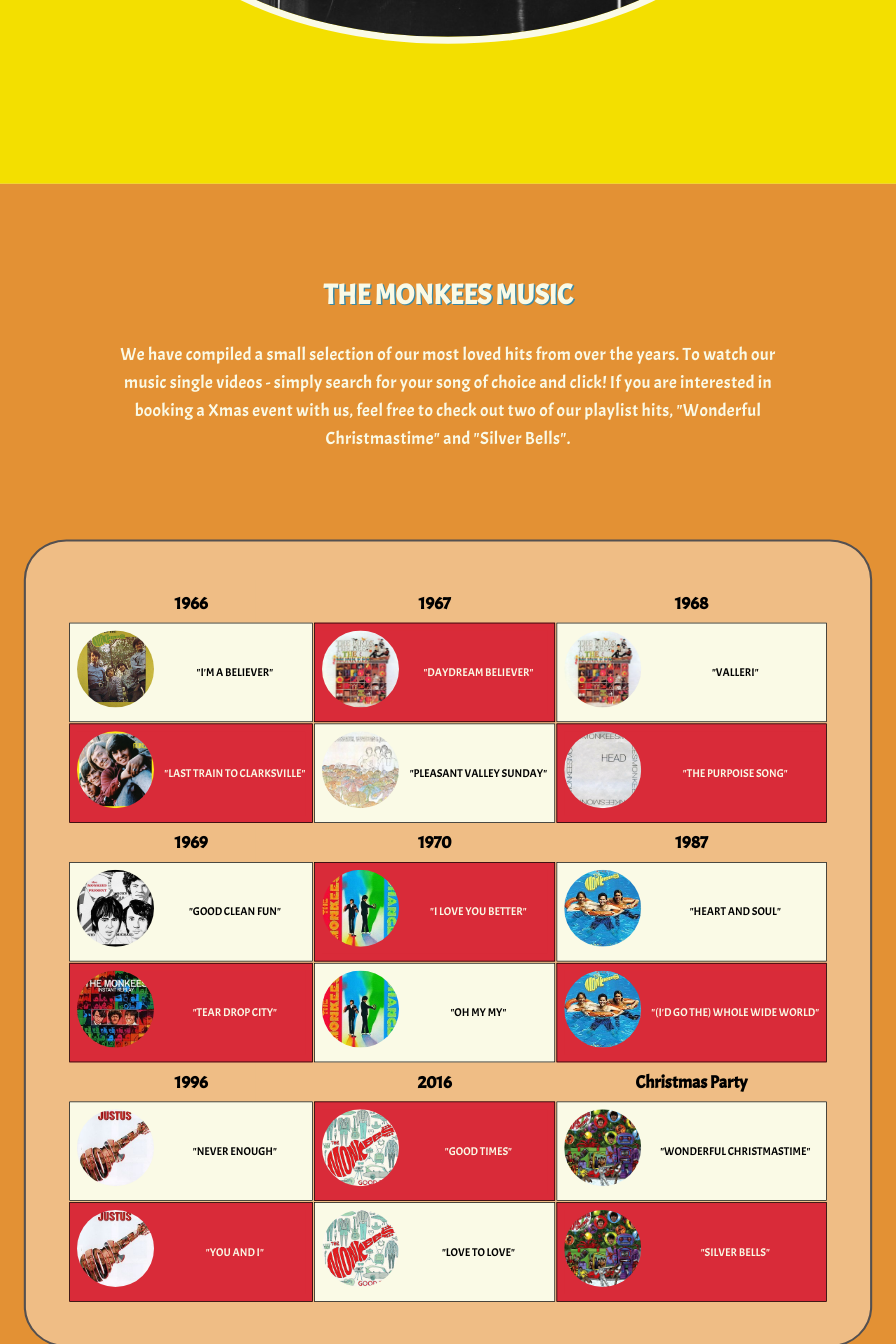
Repository: stu1612/Milestone-Project-Stu-Bolderson
Page: mock-header/mh.html
The author's editor kept a record of every edit. The page is drawn from the files as they stood at one moment, then again after the next edit.
The browser window is 1280 px wide. The pictures show the part of the page from y = 2121 to 4041 px (the page is 5773 px tall), at 70% of full size.
Some web libraries are served in a nearby version.

Above is the page before.

### mock-header/mh.html
<!DOCTYPE html>
<html lang="en">

<head>
    <meta charset="UTF-8">
    <meta name="viewport" content="width=device-width, initial-scale=1.0">
    <meta http-equiv="X-UA-Compatible" content="ie=edge">
    <!--<link rel="stylesheet" href="https://maxcdn.bootstrapcdn.com/bootstrap/4.3.1/css/bootstrap.min.css" type="text/css" />-->
    <link rel="stylesheet" href="https://maxcdn.bootstrapcdn.com/font-awesome/4.7.0/css/font-awesome.min.css" type="text/css" />
    <link rel="stylesheet" href="https://cdnjs.cloudflare.com/ajax/libs/hover.css/2.1.1/css/hover-min.css" type="text/css" />
    <link rel="icon" type="image/png" href="../assets/images/monkees-logo.png"/>
    <link href="https://fonts.googleapis.com/css?family=Acme&display=swap" rel="stylesheet">
    <script src="https://kit.fontawesome.com/67768a2f6d.js"></script>
    <link rel="stylesheet" href="mhs.css" type="text/css" />
    <title>The Monkees | Official Fans Site</title>
</head>

<body>


    <!-- ****************** NAVIGATION ************************ -->

    <div class="header">
        <a href="#home"><img src="../assets/images/monkees-logo.png" class="logo-img" alt="monkees logo image"></a>
        <div class="nav">
            <label for="toggle">&#9776;</label>
            <input type="checkbox" id="toggle" />
            <div class="menu">
                <a href="#section-about">The Monkees</a>
                <a href="#section-music">The Music</a>
                <a href="#section-events">The Events</a>
                <a href="#0"><i class="fab fa-facebook"></i></a>
                <a href="#0"><i class="fab fa-twitter"></i></a>
                <a href="#0"><i class="fab fa-youtube"></i></a>
            </div>
        </div>
    </div>

    <!-- *************************************** IMAGE BANNER ********************** -->

            <span class="anchor" id="home"></span>
            <div class="section"></div>

            <div class="banner-image">
            </div>

    <!-- *************************************** THE MONKEES ********************** -->
    <main>

        <section class="about">
            <span class="anchor" id="section-about"></span>
            <div class="section"></div>


            <div class="background about">

                <div class="container content-box">
                    <div class="container circle-images">
                        <img src="../assets/images/Jones.jpg" alt="circular image of Davey Jones from 'The Monkees'">
                        <img src="../assets/images/Tork.jpg" alt="circular image of Pete Tork from 'The Monkees'">
                    </div>

                    <div class="container text-box">
                        <h1>The Monkees</h1>
                        <p>For over 50 years have performed all over the world performing your most loved hits! This fan site is dedicated to all our old and new friends who want instant access to our hits from the 60's till now. Whether you are at home or on the
                            go, you will never be far from listening to your favourite songs!</p>
                        <p>Check out our social media accounts for current news, and dont forget that we are now taking private booking events. We cater for various business and private events, and we are currently are taking bookings for this Christmas where we
                            will perform our latest album - "The Christmas Party" </p>
                    </div>
                    <div class="container circle-images">
                        <img src="../assets/images/mickey.jpg" alt="circular image of Mickey Dolenz from 'The Monkees'">
                        <img src="../assets/images/Nesmith.jpg" alt="circular image of Micheal Nesmith from 'The Monkees'">
                    </div>

                </div>
                <!-- band image displayed beneath (intro/about) section-->
                <div class="container image-box">
                    <img src="../assets/images/monkees.jpg" alt="black and white band image of 'The Monkees' from the 1960's">
                </div>
                <!--end of div-->
            </div>

        </section>


        <!-- *************************************** MUSIC ********************** -->

        <section id="music">

            <span class="anchor" id="section-music"></span>
            <div class="section"></div>


            <div class="background music">
                <div class="music-table-text">
                    <h2>The Monkees Music</h2>
                    <p>We have compiled a small selection of our most loved hits from over the years. To watch our music single videos - simply search for your song of choice and click! If you are interested in booking a Xmas event with us, feel free to check
                        out two of our playlist hits, "Wonderful Christmastime" and "Silver Bells".
                    </p>
                </div>
                <div class="music-table">
                    <table>
                        <tr>
                            <th>1966</th>
                            <th>1967</th>
                            <th>1968</th>
                        </tr>
                        <tr>
                            <td class="music-col class-1">
                                <a class="album-song" href="https://www.youtube.com/watch?v=W83InivbUSQ" target="_blank">
                                    <img src="../assets/images/more_of_monkees.jpg" class="pull-left" title="More of the Monkees" alt="Monkees album cover image">
                                <p>"I'm a Believer"</p></a>
                            </td>

                            <td class="music-col class-2">
                                <a class="album-song" href="https://www.youtube.com/watch?v=xvqeSJlgaNk" target="_blank">
                                    <img src="../assets/images/mon_the_birds.jpg" class="pull-left" title="The Birds the Bees and the Monkees" alt="Monkees album cover image">
                                <p>"Daydream Believer"</p></a>
                            </td>

                            <td class="music-col class-1">
                                <a class="album-song" href="https://www.youtube.com/watch?v=QWTa9CE51sA" target="_blank">
                                    <img src="../assets/images/mon_the_birds.jpg" class="pull-left" title="The Birds the Bees and the Monkees" alt="Monkees album cover image">
                                <p>"Valleri"</p></a>
                            </td>
                        </tr>
                        <tr>
                            <td class="music-col class-2">
                                <a class="album-song" href="https://www.youtube.com/watch?v=ud2mvXZR470" target="_blank" >
                                    <img src="../assets/images/monkees_albumcover.jpg" class="pull-left" title="The Monkees" alt="Monkees album cover image">
                                <p>"Last Train to Clarksville"</p></a>
                            </td>

                            <td class="music-col class-1">
                                <a class="album-song" href="https://www.youtube.com/watch?v=klU01gYb6F0" target="_blank">
                                    <img src="../assets/images/mon_pacj.jpg" class="pull-left" title="Pisces, Aquarius, Capricorn & Jones Ltd" alt="Monkees album cover image">
                                <p>"Pleasant Valley Sunday"</p></a>
                            </td>

                            <td class="music-col class-2">
                                <a class="album-song" href="https://www.youtube.com/watch?v=sezVApK9rTk" target="_blank">
                                    <img src="../assets/images/mon_head.jpg" class="pull-left" title="Head" alt="Monkees album cover image">
                                <p>"The Purpoise Song"</p></a>
                            </td>
                        </tr>
                        <tr>
                            <th>1969</th>
                            <th>1970</th>
                            <th>1987</th>
                        </tr>
                        <tr>
                            <td class="music-col class-1">
                                <a class="album-song" href="https://www.youtube.com/watch?v=-Gmgz2tqJEU" target="_blank">
                                    <img src="../assets/images/Monkees_present.png" class="pull-left" title="The Monkees Present" alt="Monkees album cover image">
                                <p>"Good Clean Fun"</p></a>
                            </td>

                            <td class="music-col class-2">
                                <a class="album-song" href="https://www.youtube.com/watch?v=MNGVNa6jfws" target="_blank">
                                    <img src="../assets/images/monkees_changes.jpg" class="pull-left" title="Changes" alt="Monkees album cover image">
                                <p>"I Love you Better"</p></a>
                            </td>

                            <td class="music-col class-1">
                                <a class="album-song" href="https://www.youtube.com/watch?v=mo7cBvd62Uw" target="_blank">
                                    <img src="../assets/images/mon_poolit.jpg" class="pull-left" title="Pool It" alt="Monkees album cover image">
                                <p>"Heart and Soul"</p></a>
                            </td>
                        </tr>
                        <tr>
                            <td class="music-col class-2">
                                <a class="album-song" href="https://www.youtube.com/watch?v=UkK8sDWFdTI" target="_blank">
                                    <img src="../assets/images/mon_instant_replay.jpg" class="pull-left" title="Instant Replay" alt="Monkees album cover image">
                                <p>"Tear Drop City"</p></a>
                            </td>

                            <td class="music-col class-1">
                                <a class="album-song" href="https://www.youtube.com/watch?v=y8fkCHt4wA0" target="_blank">
                                    <img src="../assets/images/monkees_changes.jpg" class="pull-left" title="Changes" alt="Monkees album cover image">
                                <p>"Oh My My"</p></a>
                            </td>

                            <td class="music-col class-2">
                                <a class="album-song" href="https://www.youtube.com/watch?v=sZcO_6L7Ubk" target="_blank">
                                    <img src="../assets/images/mon_poolit.jpg" class="pull-left" title="Pool It" alt="Monkees album cover image">
                                <p>"(I'd Go The) Whole Wide World"</p></a>
                            </td>
                        </tr>
                        <tr>
                            <th>1996</th>
                            <th>2016</th>
                            <th>Christmas Party</th>
                        </tr>
                        <tr>
                            <td class="music-col class-1">
                                <a class="album-song" href="https://www.youtube.com/watch?v=GJf42h3wdLM" target="_blank">
                                    <img src="../assets/images/mon_justus.jpg" class="pull-left" title="Justus" alt="Monkees album cover image">
                                <p>"Never Enough"</p></a>
                            </td>

                            <td class="music-col class-2">
                                <a class="album-song" href="https://www.youtube.com/watch?v=QxptjN_HxZs" target="_blank">
                                    <img src="../assets/images/mon_gtimes.jpg" class="pull-left" title="Good Times" alt="Monkees album cover image">
                                <p>"Good Times"</p></a>
                            </td>

                            <td class="music-col class-1">
                                <a class="album-song" href="https://www.youtube.com/watch?v=paPdzPSCwTY" target="_blank">
                                    <img src="../assets/images/mon_xmas.jpg" class="pull-left" title="Christmas Party" alt="Monkees album cover image">
                                <p>"Wonderful Christmastime"</p></a>
                            </td>
                        </tr>
                        <tr>
                            <td class="music-col class-2">
                                <a class="album-song" href="https://www.youtube.com/watch?v=zfZifyxc9r0" target="_blank">
                                    <img src="../assets/images/mon_justus.jpg" class="pull-left" title="Justus" alt="Monkees album cover image">
                                <p>"You and I"</p></a>
                            </td>

                            <td class="music-col class-1">
                                <a class="album-song" href="https://www.youtube.com/watch?v=b98acgLiwd8" target="_blank">
                                    <img src="../assets/images/mon_gtimes.jpg" class="pull-left" title="Good Times" alt="Monkees album cover image">
                                <p>"Love to Love"</p></a>
                            </td>

                            <td class="music-col class-2">
                                <a class="album-song" href="https://www.youtube.com/watch?v=JeiG3eGOnxU" target="_blank">
                                    <img src="../assets/images/mon_xmas.jpg" class="pull-left" title="Christmas Party" alt="Monkees album cover image">
                                <p>"Silver Bells"</p></a>
                            </td>
                        </tr>
                    </table>
                    </div>

                <div class="music-table-mobile">
                    <div class="dropdown">
                        <button class="dropbtn">1966</button>
                        <div class="dropdown-content">
                            <a href="https://www.youtube.com/watch?v=W83InivbUSQ" target="_blank">"I'm a Believer"</a>
                            <a href="https://www.youtube.com/watch?v=ud2mvXZR470" target="_blank">"Last Train to Clarksville"</a>
                        </div>
                    </div>
                    <div class="dropdown">
                        <button class="dropbtn">1967</button>
                        <div class="dropdown-content">
                            <a href="https://www.youtube.com/watch?v=xvqeSJlgaNk" target="_blank">"Daydream Believer"</a>
                            <a href="https://www.youtube.com/watch?v=klU01gYb6F0" target="_blank">"Pleasant Valley Sunday"</a>
                        </div>
                    </div>
                    <div class="dropdown">
                        <button class="dropbtn">1968</button>
                        <div class="dropdown-content">
                            <a href="https://www.youtube.com/watch?v=QWTa9CE51sA" target="_blank">"Valleri"</a>
                            <a href="https://www.youtube.com/watch?v=sezVApK9rTk" target="_blank">"The Purpoise Song"</a>
                        </div>
                    </div>
                    <div class="dropdown">
                        <button class="dropbtn">1969</button>
                        <div class="dropdown-content">
                            <a href="https://www.youtube.com/watch?v=-Gmgz2tqJEU" target="_blank">"Good Clean Fun"</a>
                            <a href="https://www.youtube.com/watch?v=UkK8sDWFdTI" target="_blank">"Tear Drop City"</a>
                        </div>
                    </div>
                    <div class="dropdown">
                        <button class="dropbtn">1970</button>
                        <div class="dropdown-content">
                            <a href="https://www.youtube.com/watch?v=MNGVNa6jfws" target="_blank">"I Love You Better"</a>
                            <a href="https://www.youtube.com/watch?v=y8fkCHt4wA0" target="_blank">"Oh My My"</a>
                        </div>
                    </div>
                    <div class="dropdown">
                        <button class="dropbtn">1987</button>
                        <div class="dropdown-content">
                            <a href="https://www.youtube.com/watch?v=mo7cBvd62Uw" target="_blank">"Heart and Soul"</a>
                            <a href="https://www.youtube.com/watch?v=sZcO_6L7Ubk" target="_blank">"(I'd Go The) Whole Wide World"</a>
                        </div>
                    </div>
                    <div class="dropdown">
                        <button class="dropbtn">1996</button>
                        <div class="dropdown-content">
                            <a href="https://www.youtube.com/watch?v=GJf42h3wdLM" target="_blank">"Never Enough"</a>
                            <a href="https://www.youtube.com/watch?v=zfZifyxc9r0" target="_blank">"You and I"</a>
                        </div>
                    </div>
                    <div class="dropdown">
                        <button class="dropbtn">2016</button>
                        <div class="dropdown-content">
                            <a href="https://www.youtube.com/watch?v=QxptjN_HxZs" target="_blank">"Good Times"</a>
                            <a href="https://www.youtube.com/watch?v=b98acgLiwd8" target="_blank">"Love to Love"</a>
                        </div>
                    </div>
                    <div class="dropdown">
                        <button class="dropbtn">Xmas Party</button>
                        <div class="dropdown-content">
                            <a href="https://www.youtube.com/watch?v=paPdzPSCwTY" target="_blank">"Wonderful Christmastime"</a>
                            <a href="https://www.youtube.com/watch?v=JeiG3eGOnxU" target="_blank">"Silver Bell"</a>
                        </div>
                    </div>
                </div>
                    <img src="../assets/images/band.jpg" class="band-image" alt="band image of the 'Monkees'">
              <!-- end of div -->
            </div>
        </section>

        <section id="events">
            <span class="anchor" id="section-events"></span>
            <div class="section"></div>

            <div class="background events">

                <div class="events-text">
                    <h2><span>events</span> @ 'monkees' Christmas Party</h2>
                    <p>"The Monkees" are now available for PRIVATE hire! Whether its a Wedding, Birthday or Business occasion we can provide you with a fun filled party with great music, laughter and entertainment. We are currently taking bookings for our Christmas Events
                        as so please book early to ensure you dont miss out!</p>
                    <ul>
                        <li>Simply fill out your details in the booking form below</li>
                        <li>Let us know your specific wishes/songs you would like</li>
                        <li>Our Events Team will contact you within 48 hrs to discuss your event</li>
                        <li>It is our aim to make the booking process as simple and clear to give you peace of mind!</li>
                        <li><span>For more information check out our facebook, twitter and youtube pages</span></li>
                        <li class="socialmedia-icons">
                            <a href="#0"><i class="fab fa-facebook"></i></a>
                            <a href="#0"><i class="fab fa-twitter"></i></a>
                            <a href="#0"><i class="fab fa-youtube"></i></a>
                        </li>
                    </ul>
                </div>

                <div class="events-img-txt">
                    <img src="../assets/images/mon_xmas.jpg" alt="Image of the Christmas Party album cover">
                    <div class="container contact">
                        <form action="/action_page.php" method="get">

                            <input type="text" id="fname" name="firstname" placeholder="Your name..">
                            <input type="text" id="lname" name="lastname" placeholder="Your last name..">
                            <input type="text" id="email" name="email" placeholder="book@christmasparty.com..">
                            <textarea id="subject" name="subject" placeholder="Dear Santa.  All I want for Christmas this year is a fun, loved and enjoyable party with all the people i love - my family, friends and 'The Monkees'.  .." style="height:200px"></textarea>
                            <input type="submit" value="Submit">
                        </form>
                    </div>
                </div>
            </div>
        </section>

    </main>

    <div class="footer">
         <p>© The Monkees</p>
    </div>

    <script src="https://ajax.googleapis.com/ajax/libs/jquery/3.4.0/jquery.min.js"></script>
    <script src="https://cdnjs.cloudflare.com/ajax/libs/popper.js/1.14.7/umd/popper.min.js"></script>
    <!--<script src="https://maxcdn.bootstrapcdn.com/bootstrap/4.3.1/js/bootstrap.min.js"></script>-->
</body>

</html>

Loaded but not shown: mock-header/mhs.css (649 lines, source omitted)

After the next edit:
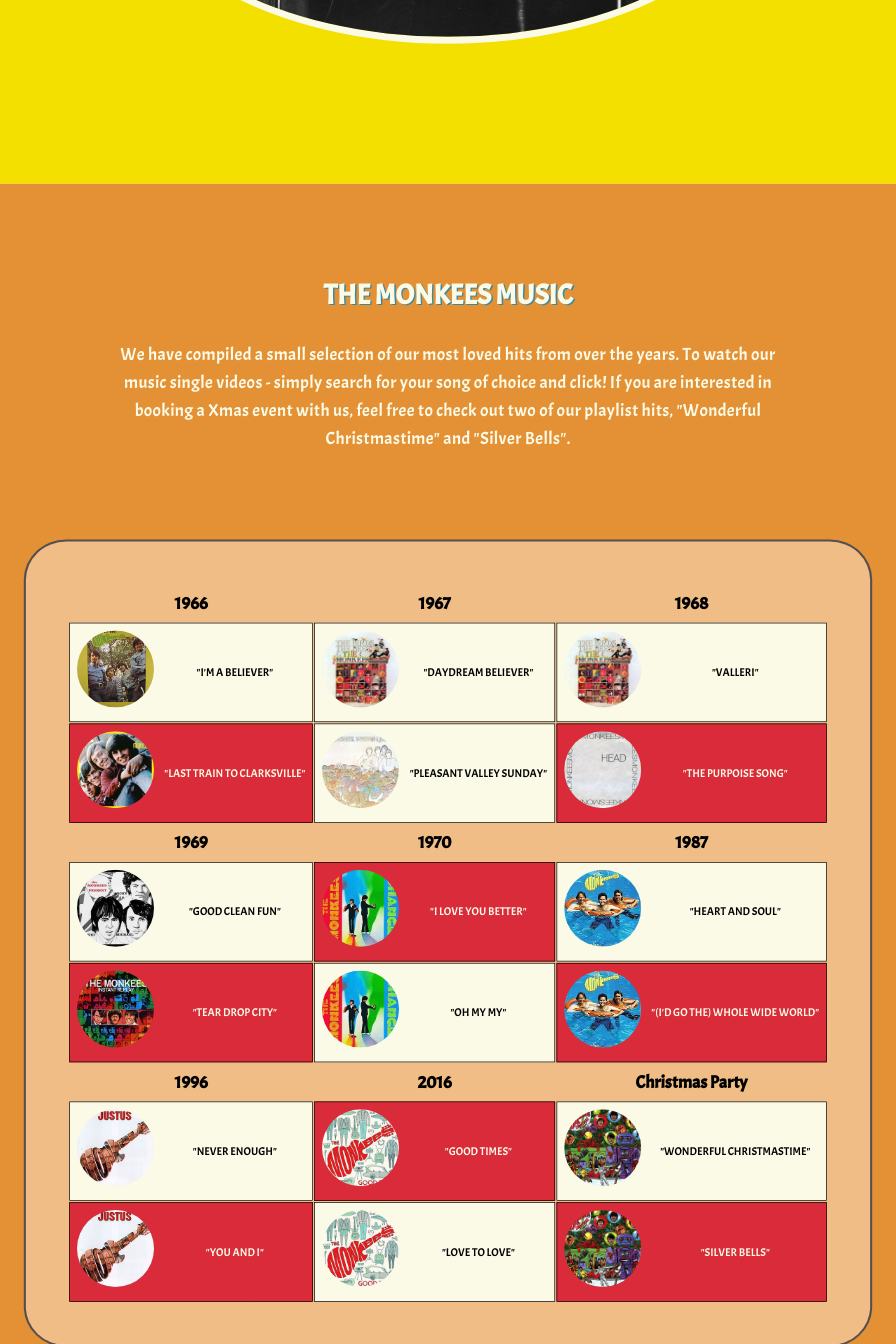
The edit:
--- a/mock-header/mh.html
+++ b/mock-header/mh.html
@@ -112,7 +112,7 @@
                                 <p>"I'm a Believer"</p></a>
                             </td>
 
-                            <td class="music-col class-2">
+                            <td class="music-col class-1">
                                 <a class="album-song" href="https://www.youtube.com/watch?v=xvqeSJlgaNk" target="_blank">
                                     <img src="../assets/images/mon_the_birds.jpg" class="pull-left" title="The Birds the Bees and the Monkees" alt="Monkees album cover image">
                                 <p>"Daydream Believer"</p></a>
